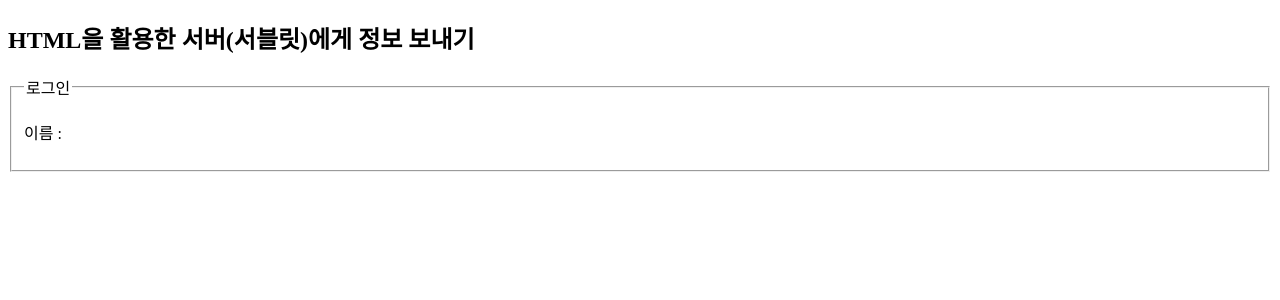
Repository: Kebiskim/2023_jspStudy
Page: 01_servlet/src/main/webapp/view/Ex10.html
An editor plug-in stored every save of this project. The page is shown before and after the next save, followed by the edit.
The browser window is 1280 px wide. The pictures show the whole page.

Above is the page before, as saved 2023-07-03 02:12:35.

After the next save:
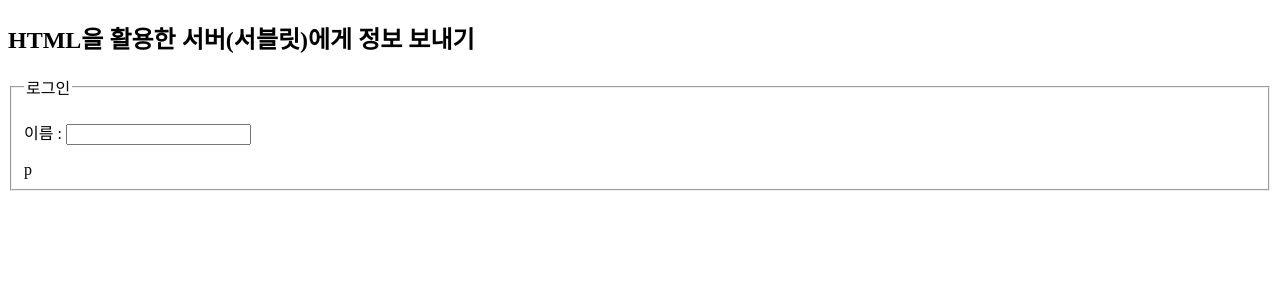
Saved 37 s later.
--- a/01_servlet/src/main/webapp/view/Ex10.html
+++ b/01_servlet/src/main/webapp/view/Ex10.html
@@ -9,7 +9,9 @@
 	<form action="/01_servlet/Ex10_1" method="post">
 	<fieldset>
 		<legend>로그인</legend>
-		<p><label for="">이름 : </label></p>
+		<p><label for="">이름 : </label>
+		<input type="text" name="name" id="name" required></p>p
+
 	</fieldset>
 	</form>
 </body>
